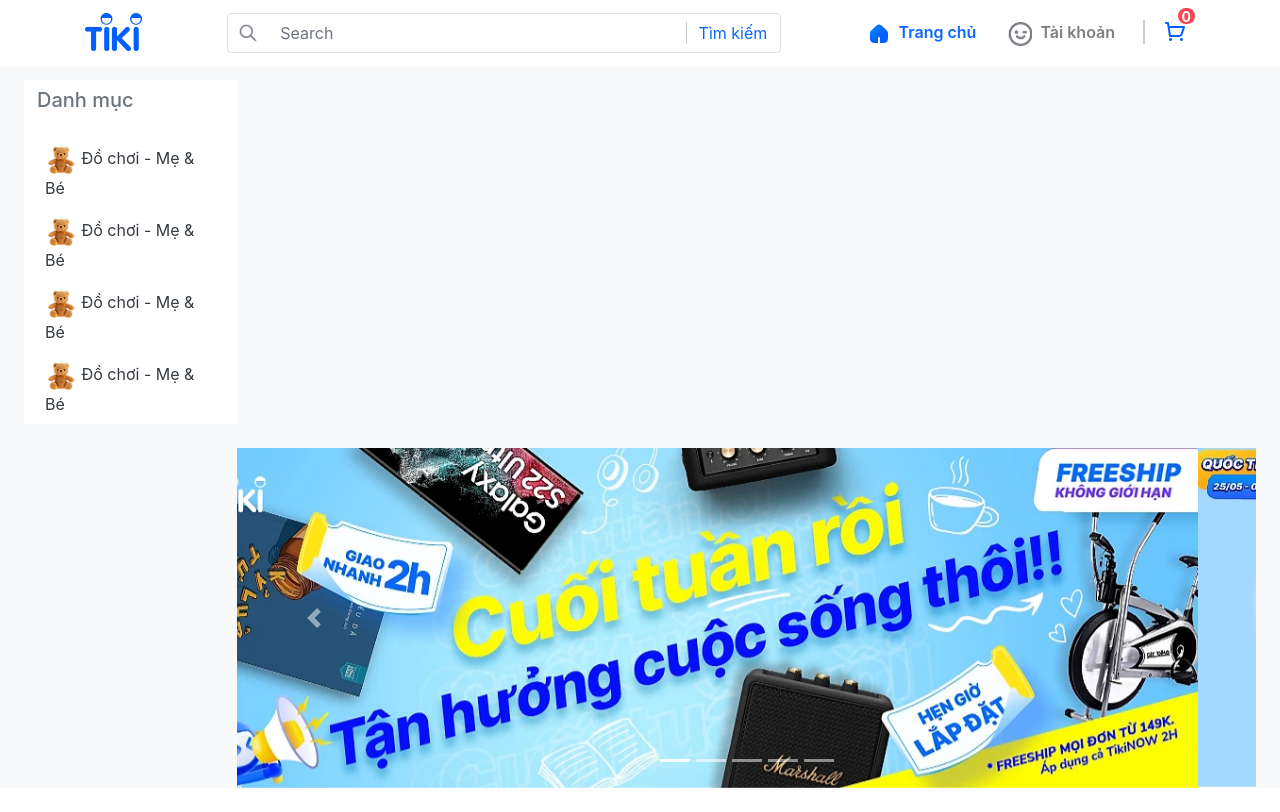
Repository: tam1512/website-ban-hang
Page: index.html
An editor plug-in stored every save of this project. The page is shown before and after the next save, followed by the edit.
The browser window is 1280 px wide. The pictures show the whole page.
Some web libraries are served in a nearby version.

Above is the page before, as saved 2023-05-27 18:58:52.

After the next save:
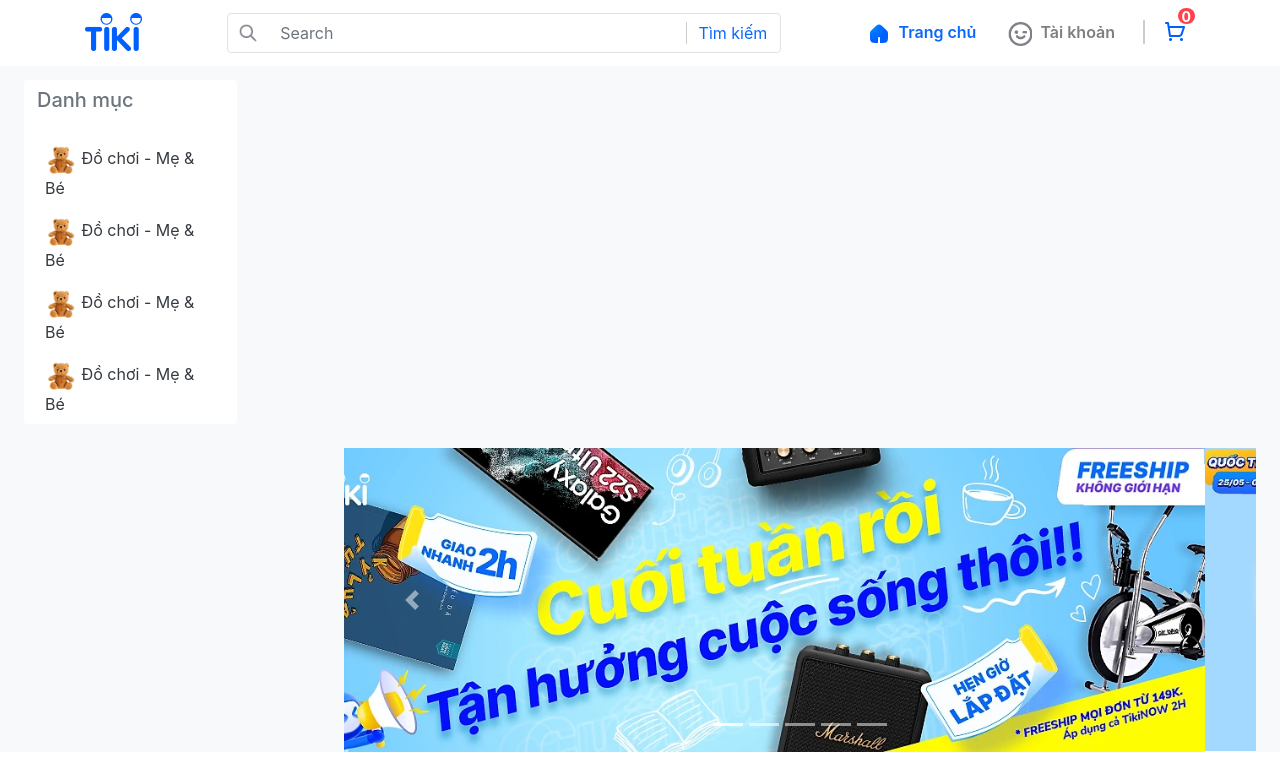
Saved 14 s later.
--- a/index.html
+++ b/index.html
@@ -159,7 +159,7 @@
       </div>
 
       <!-- Main content -->
-      <main role="main" class="col-md-9 ml-sm-auto col-lg-10 px-4">
+      <main role="main" class="col-md-9 ml-sm-auto col-lg-9 px-4">
         <!-- Slider -->
         <div
           id="carouselIndicators"
